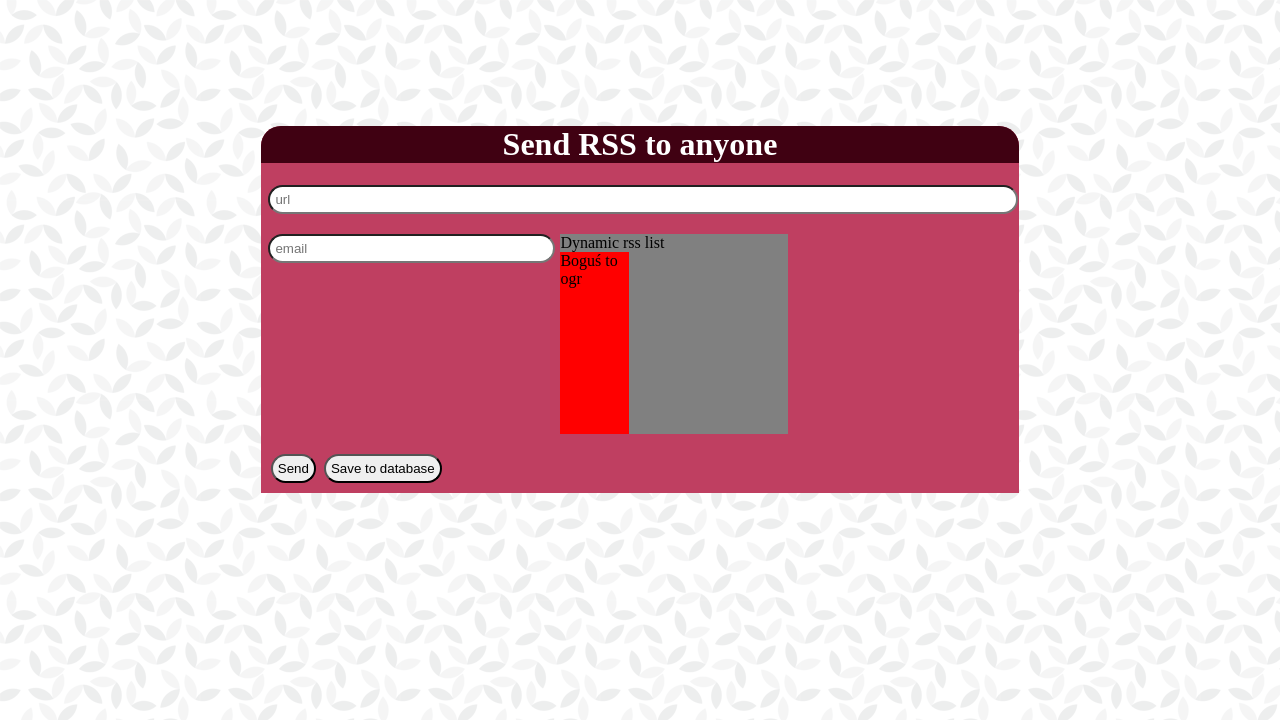
Repository: michalski9wsb/rss_final
Page: index.html
An editor plug-in stored every save of this project. The page is shown before and after the next save, followed by the edit.
The browser window is 1280 px wide. The pictures show the whole page.
Some web fonts or font styles are not loaded; a fallback is used.

Above is the page before, as saved 2020-03-08 10:24:53.

### index.html
<!DOCTYPE html>
<html lang="pl">
    <head>
        <meta charset="utf-8" />
        <title>Send RSS</title>
        <meta name="deskription" content="Apk for RSS" />
        <meta name="keywords" content="RSS,aplication, send" />
        <meta http-equiv="X-UA-Compatioble" content="IE=edge,chrome=1" />
        <link href="style.css" rel="stylesheet" type="text/css" />
        <link href="https://fonts.googleapis.com/css?family=Trade+Winds&display=swap" rel="stylesheet">
    </head>
    <body>
        <form method="get" action="send.php">
            <h1>Send RSS to anyone</h1>
            <div class="url-flex row">
                <input id="url"  name="url" type="url" placeholder="url"/>
            </div>
            <div class="email-flex row">
                <div id="helper"><input id="email"  name="email" type="email" placeholder="email" /></div>
                <div id="debug">
                    <label for="debug">Dynamic rss list</label>
                    <div name="debug"  rows="10">

                    </div>
                    <div class="sendlist" >
                        Boguś to ogr
                    </div>
                </div>

             </div>
             <div style="clear:both;"></div>
            <div class="row">
                <!--<div class="buttonCentre">-->
                    <input id="send" type="submit" value="Send"/>
                    <button id="save" name="save">Save to database</button>
                <!--</div>-->
            </div>
        </form>
    </body>
</html>

### style.css
body{
    background-image: url(geometric-leaves/geometric-leaves.png);
    font-family: 'Trade Winds' ;
}
h1{
    display: block;
    border-radius: 20px 20px 0px 0px;
    background-color: #400112;
    color: white;
    margin-left: auto;
    margin-right: auto;
    text-align: center;
    position: relative;
}
form{
    border-radius: 20px 20px 0 0;
    margin-left: 20%;
    margin-top: 10%;
    width: 60%;
    background-color: #BF3F61;
}
input{
    border-radius: 20px;
    padding: 5px;
}
input[type=submit]{
    margin-left: 10px;
}
button{
    border-radius: 20px;
    margin-left: 4px;
    padding: 5px;
    margin-bottom: 10px;
}
#debug{
    display: flex;
    background-color: gray;
    flex-direction: column;
    margin-left: 5px;
    float: left;
    width: 30%;
    height: 200px;
}
.sendlist{
    background-color: red;
    height: 200px;
    width: 30%;
}

input#email{
    float: left;
    width: 36%;
    margin-left: 1%;
}
input#url{
    /*margin-top: 2%;*/
    margin-left: 1%;
    width: 97%;
}
.row{
    width: 100%;
    margin-top: 20px;
}

After the next save:
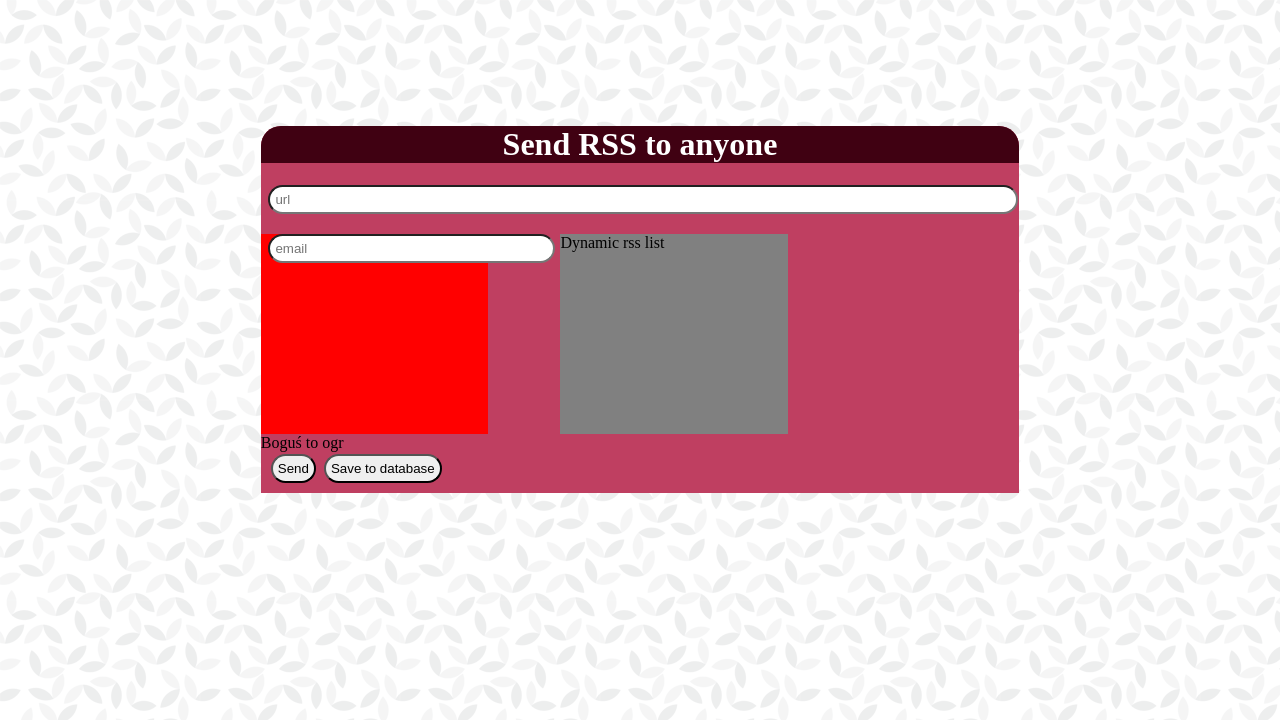
Saved 37 s later.
--- a/index.html
+++ b/index.html
@@ -22,9 +22,10 @@
                     <div name="debug"  rows="10">
 
                     </div>
-                    <div class="sendlist" >
-                        Boguś to ogr
-                    </div>
+
+                </div>
+                <div class="sendlist" >
+                    Boguś to ogr
                 </div>
 
              </div>
